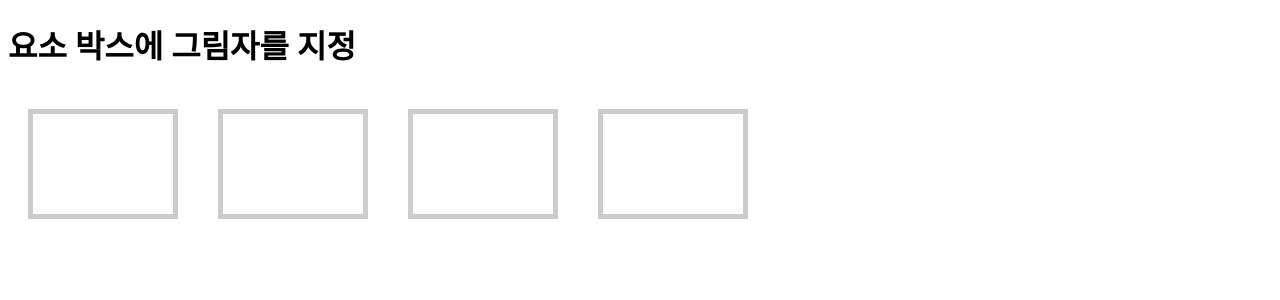
Repository: cussip/SuperHands
Page: WebExam/src/main/webapp/css/border/box-shadow.html
These files come from the project's save history. The page is drawn as it stood at one moment and after the next save; the edit follows.
The browser window is 1280 px wide. The pictures show the whole page.

Above is the page before, as saved 2022-02-01 07:18:00.

After the next save:
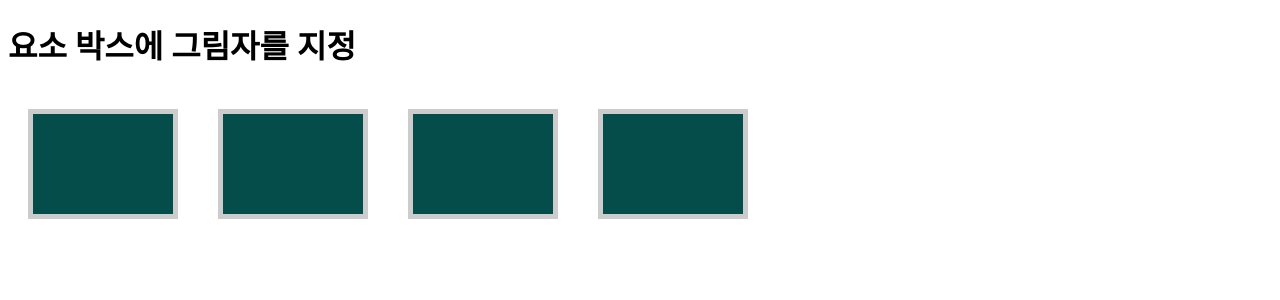
Saved 19 s later.
--- a/WebExam/src/main/webapp/css/border/box-shadow.html
+++ b/WebExam/src/main/webapp/css/border/box-shadow.html
@@ -13,6 +13,7 @@
 			font-weight: bold;
 			border: 5px solid #CCC;
 			color: #FFF;
+			background: #054D4A;
 		}
 	</style>
 </head>
